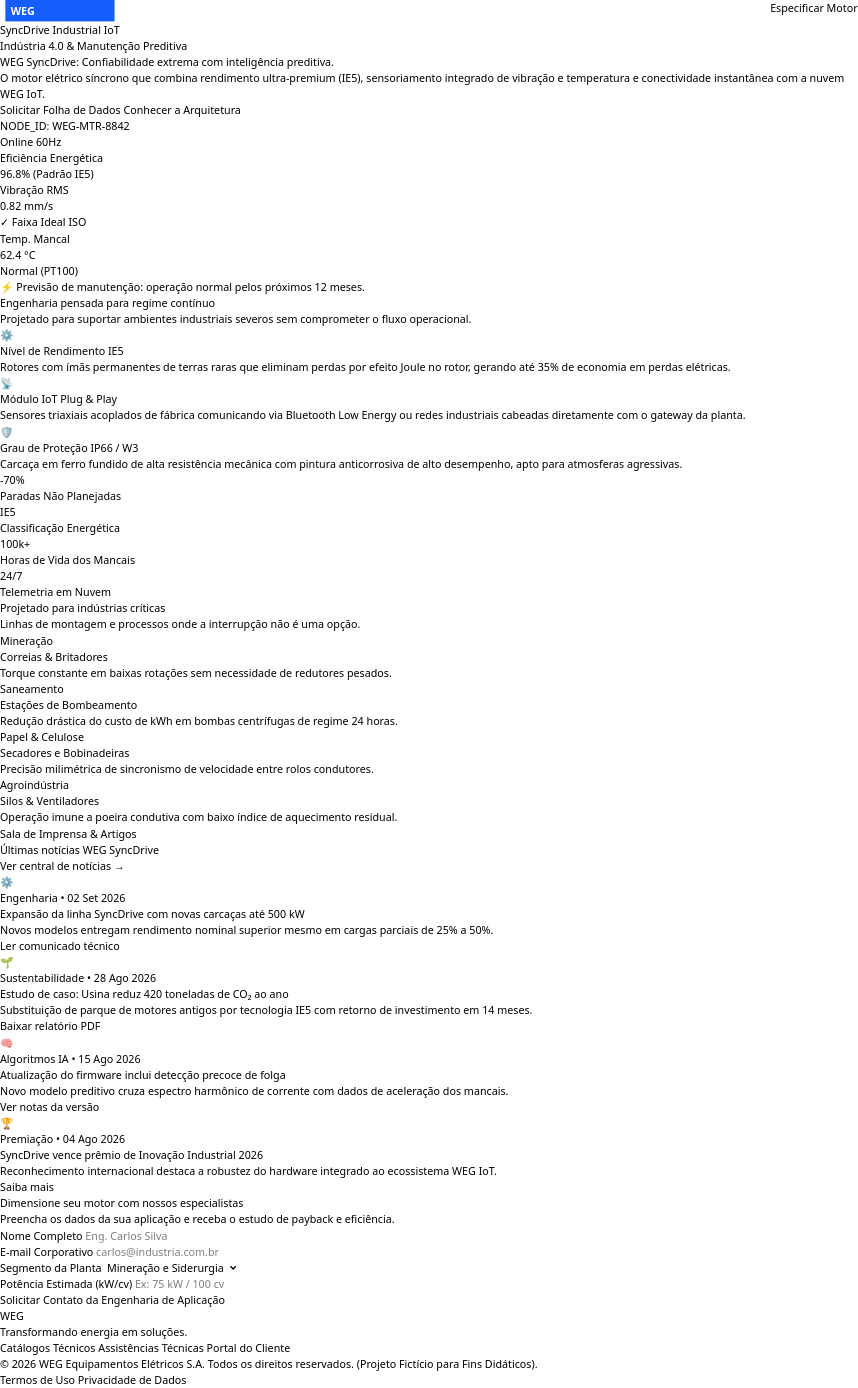
Repository: PatriciaHorst/tailwind-base
Page: index.html
These files come from the project's save history. The page is drawn as it stood at one moment and after the next save; the edit follows.
The browser window is 1280 px wide. The pictures show the whole page, at 67% of full size.

Above is the page before, as saved 2026-09-08 18:49:11.

### index.html
<!DOCTYPE html>
<html lang="pt-BR">
<head>
  <meta charset="UTF-8">
  <meta name="viewport" content="width=device-width, initial-scale=1.0">
  <title>WEG SyncDrive IoT - Exercício Tailwind CSS</title>
  <script src="https://cdn.jsdelivr.net/npm/@tailwindcss/browser@4"></script>
</head>
<body>

  <!-- ==========================================
       1. HEADER / NAVBAR
       Desafio:
       - Fixar no topo (sticky top-0) com fundo translúcido/blur.
       - Logo WEG em destaque com fundo azul industrial.
       - Menu oculto em telas pequenas e visível em lg:.
  =========================================== -->
  <header>
    <div class="flex flex-row justify-between">
      <div>
        <div class="bg-blue-600 font-black text-white px-2 py-1 mx-2 py-1">
          WEG
        </div>
        <div >
          <span>SyncDrive</span>
          <span>Industrial IoT</span>
        </div>
      </div>

      <nav class="hidden">
        <a href="#solucao">A Solução</a>
        <a href="#recursos">Tecnologia</a>
        <a href="#metricas">Performance</a>
        <a href="#aplicacoes">Aplicações</a>
        <a href="#novidades">Notícias</a>
      </nav>

      <div>
        <a class="hidden" href="#contato">Falar com Consultor</a>
        <a href="#contato">Especificar Motor</a>
      </div>
    </div>
  </header>

  <main>
    <!-- ==========================================
         2. HERO SECTION
         Desafio:
         - Layout em grid de 2 colunas no desktop (texto + painel de telemetria).
         - Centralizado no mobile, alinhado à esquerda em lg:.
         - Estilizar o card escuro de telemetria com badges e status.
    =========================================== -->
    <section id="solucao">
      <div>
        <div>

          <!-- Coluna 1: Conteúdo Textual -->
          <div>
            <span>Indústria 4.0 & Manutenção Preditiva</span>
            <h1>WEG SyncDrive: Confiabilidade extrema com inteligência preditiva.</h1>
            <p>
              O motor elétrico síncrono que combina rendimento ultra-premium (IE5), sensoriamento integrado de vibração e temperatura e conectividade instantânea com a nuvem WEG IoT.
            </p>
            <div>
              <a href="#contato">Solicitar Folha de Dados</a>
              <a href="#recursos">Conhecer a Arquitetura</a>
            </div>
          </div>

          <!-- Coluna 2: Card de Telemetria IoT -->
          <div>
            <div>
              <div>
                <span>NODE_ID: WEG-MTR-8842</span>
                <div>
                  <span></span>
                  <span>Online 60Hz</span>
                </div>
              </div>

              <div>
                <div>
                  <span>Eficiência Energética</span>
                  <div>96.8% <span>(Padrão IE5)</span></div>
                </div>

                <div>
                  <div>
                    <span>Vibração RMS</span>
                    <div>0.82 mm/s</div>
                    <span>✓ Faixa Ideal ISO</span>
                  </div>
                  <div>
                    <span>Temp. Mancal</span>
                    <div>62.4 °C</div>
                    <span>Normal (PT100)</span>
                  </div>
                </div>

                <div>
                  ⚡ Previsão de manutenção: operação normal pelos próximos 12 meses.
                </div>
              </div>
            </div>
          </div>

        </div>
      </div>
    </section>

    <!-- ==========================================
         3. RECURSOS / ESPECIFICAÇÕES TÉCNICAS
         Desafio:
         - Grid responsivo de 3 colunas (1 col mobile, 3 cols desktop).
         - Efeito hover nos cards com transição suave de borda ou sombra.
    =========================================== -->
    <section id="recursos">
      <div>
        <div>
          <h2>Engenharia pensada para regime contínuo</h2>
          <p>Projetado para suportar ambientes industriais severos sem comprometer o fluxo operacional.</p>
        </div>

        <div>
          <article>
            <div>⚙️</div>
            <h3>Nível de Rendimento IE5</h3>
            <p>Rotores com ímãs permanentes de terras raras que eliminam perdas por efeito Joule no rotor, gerando até 35% de economia em perdas elétricas.</p>
          </article>

          <article>
            <div>📡</div>
            <h3>Módulo IoT Plug & Play</h3>
            <p>Sensores triaxiais acoplados de fábrica comunicando via Bluetooth Low Energy ou redes industriais cabeadas diretamente com o gateway da planta.</p>
          </article>

          <article>
            <div>🛡️</div>
            <h3>Grau de Proteção IP66 / W3</h3>
            <p>Carcaça em ferro fundido de alta resistência mecânica com pintura anticorrosiva de alto desempenho, apto para atmosferas agressivas.</p>
          </article>
        </div>
      </div>
    </section>

    <!-- ==========================================
         4. MÉTRICAS / NÚMEROS INDUSTRIAIS
         Desafio:
         - Seção de alto contraste (fundo escuro slate-900).
         - Grid de 2 colunas no mobile e 4 colunas em telas maiores.
    =========================================== -->
    <section id="metricas">
      <div>
        <div>
          <div>
            <div>-70%</div>
            <div>Paradas Não Planejadas</div>
          </div>
          <div>
            <div>IE5</div>
            <div>Classificação Energética</div>
          </div>
          <div>
            <div>100k+</div>
            <div>Horas de Vida dos Mancais</div>
          </div>
          <div>
            <div>24/7</div>
            <div>Telemetria em Nuvem</div>
          </div>
        </div>
      </div>
    </section>

    <!-- ==========================================
         5. APLICAÇÕES INDUSTRIAIS
         Desafio:
         - Grid de 4 colunas adaptável (1 col mobile, 2 sm, 4 lg).
         - Uso de tags de categoria uppercase com tipografia reduzida.
    =========================================== -->
    <section id="aplicacoes">
      <div>
        <div>
          <h2>Projetado para indústrias críticas</h2>
          <p>Linhas de montagem e processos onde a interrupção não é uma opção.</p>
        </div>

        <div>
          <div>
            <span>Mineração</span>
            <h4>Correias & Britadores</h4>
            <p>Torque constante em baixas rotações sem necessidade de redutores pesados.</p>
          </div>

          <div>
            <span>Saneamento</span>
            <h4>Estações de Bombeamento</h4>
            <p>Redução drástica do custo de kWh em bombas centrífugas de regime 24 horas.</p>
          </div>

          <div>
            <span>Papel & Celulose</span>
            <h4>Secadores e Bobinadeiras</h4>
            <p>Precisão milimétrica de sincronismo de velocidade entre rolos condutores.</p>
          </div>

          <div>
            <span>Agroindústria</span>
            <h4>Silos & Ventiladores</h4>
            <p>Operação imune a poeira condutiva com baixo índice de aquecimento residual.</p>
          </div>
        </div>
      </div>
    </section>

    <!-- ==========================================
         6. NOVIDADES / NOTÍCIAS (4 ITENS)
         Desafio:
         - Cabeçalho com alinhamento justify-between.
         - 4 cards em grid: 1 col (mobile), 2 cols (md), 4 cols (lg).
         - Imagem/banner visual com gradiente em cada notícia.
         - Flexbox nos cards para fixar o link de leitura no rodapé.
    =========================================== -->
    <section id="novidades">
      <div>

        <div>
          <div>
            <span>Sala de Imprensa & Artigos</span>
            <h2>Últimas notícias WEG SyncDrive</h2>
          </div>
          <a href="#">Ver central de notícias →</a>
        </div>

        <div>
          <!-- Notícia 1 -->
          <article>
            <div>⚙️</div>
            <div>
              <div>
                <span>Engenharia</span>
                <span>•</span>
                <time>02 Set 2026</time>
              </div>
              <h3>
                <a href="#">Expansão da linha SyncDrive com novas carcaças até 500 kW</a>
              </h3>
              <p>Novos modelos entregam rendimento nominal superior mesmo em cargas parciais de 25% a 50%.</p>
              <a href="#">Ler comunicado técnico</a>
            </div>
          </article>

          <!-- Notícia 2 -->
          <article>
            <div>🌱</div>
            <div>
              <div>
                <span>Sustentabilidade</span>
                <span>•</span>
                <time>28 Ago 2026</time>
              </div>
              <h3>
                <a href="#">Estudo de caso: Usina reduz 420 toneladas de CO₂ ao ano</a>
              </h3>
              <p>Substituição de parque de motores antigos por tecnologia IE5 com retorno de investimento em 14 meses.</p>
              <a href="#">Baixar relatório PDF</a>
            </div>
          </article>

          <!-- Notícia 3 -->
          <article>
            <div>🧠</div>
            <div>
              <div>
                <span>Algoritmos IA</span>
                <span>•</span>
                <time>15 Ago 2026</time>
              </div>
              <h3>
                <a href="#">Atualização do firmware inclui detecção precoce de folga</a>
              </h3>
              <p>Novo modelo preditivo cruza espectro harmônico de corrente com dados de aceleração dos mancais.</p>
              <a href="#">Ver notas da versão</a>
            </div>
          </article>

          <!-- Notícia 4 -->
          <article>
            <div>🏆</div>
            <div>
              <div>
                <span>Premiação</span>
                <span>•</span>
                <time>04 Ago 2026</time>
              </div>
              <h3>
                <a href="#">SyncDrive vence prêmio de Inovação Industrial 2026</a>
              </h3>
              <p>Reconhecimento internacional destaca a robustez do hardware integrado ao ecossistema WEG IoT.</p>
              <a href="#">Saiba mais</a>
            </div>
          </article>
        </div>

      </div>
    </section>

    <!-- ==========================================
         7. FORMULÁRIO DE CONTATO / DIMENSIONAMENTO
         Desafio:
         - Inputs estilizados com focus rings.
         - Grid de formulário com campos em 2 colunas no desktop.
    =========================================== -->
    <section id="contato">
      <div>
        <div>
          <h2>Dimensione seu motor com nossos especialistas</h2>
          <p>Preencha os dados da sua aplicação e receba o estudo de payback e eficiência.</p>
        </div>

        <form>
          <div>
            <div>
              <label>Nome Completo</label>
              <input type="text" placeholder="Eng. Carlos Silva">
            </div>
            <div>
              <label>E-mail Corporativo</label>
              <input type="email" placeholder="carlos@industria.com.br">
            </div>
          </div>

          <div>
            <div>
              <label>Segmento da Planta</label>
              <select>
                <option>Mineração e Siderurgia</option>
                <option>Papel e Celulose</option>
                <option>Saneamento e Água</option>
                <option>Química e Petroquímica</option>
                <option>Alimentos e Bebidas</option>
              </select>
            </div>
            <div>
              <label>Potência Estimada (kW/cv)</label>
              <input type="text" placeholder="Ex: 75 kW / 100 cv">
            </div>
          </div>

          <button type="submit">Solicitar Contato da Engenharia de Aplicação</button>
        </form>
      </div>
    </section>
  </main>

  <!-- ==========================================
       8. RODAPÉ / FOOTER
       Desafio:
       - Layout corporativo com tipografia sutil.
       - Disposição em flexbox responsivo (colunas empilhadas no mobile, linha no desktop).
  =========================================== -->
  <footer>
    <div>
      <div>
        <div>
          <div>WEG</div>
          <span>Transformando energia em soluções.</span>
        </div>
        <div>
          <a href="#">Catálogos Técnicos</a>
          <a href="#">Assistências Técnicas</a>
          <a href="#">Portal do Cliente</a>
        </div>
      </div>
      <div>
        <p>© 2026 WEG Equipamentos Elétricos S.A. Todos os direitos reservados. (Projeto Fictício para Fins Didáticos).</p>
        <div>
          <a href="#">Termos de Uso</a>
          <a href="#">Privacidade de Dados</a>
        </div>
      </div>
    </div>
  </footer>

</body>
</html>

After the next save:
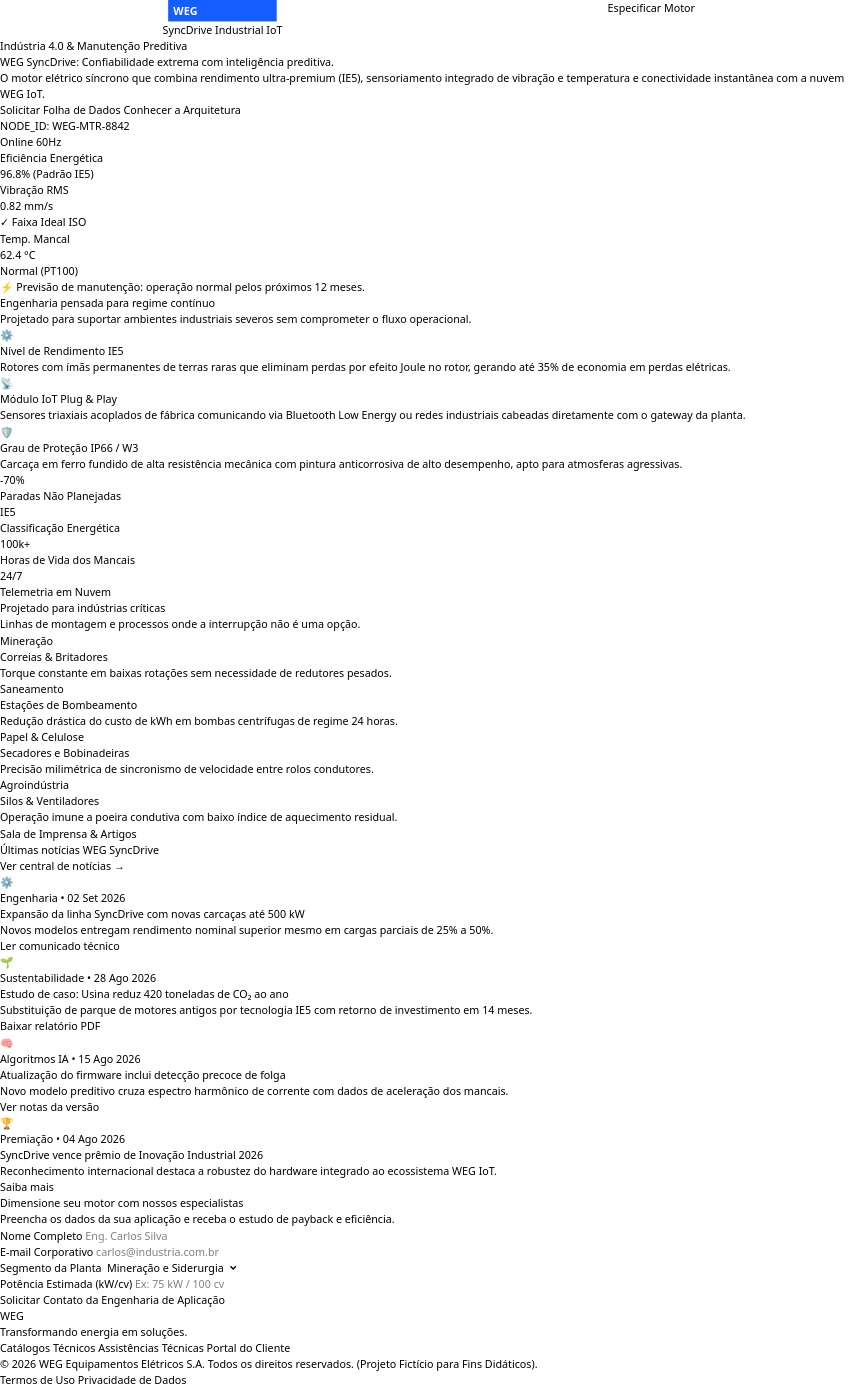
Saved 7 s later.
--- a/index.html
+++ b/index.html
@@ -16,7 +16,7 @@
        - Menu oculto em telas pequenas e visível em lg:.
   =========================================== -->
   <header>
-    <div class="flex flex-row justify-between">
+    <div class="flex flex-row justify-around">
       <div>
         <div class="bg-blue-600 font-black text-white px-2 py-1 mx-2 py-1">
           WEG

After the save that followed:
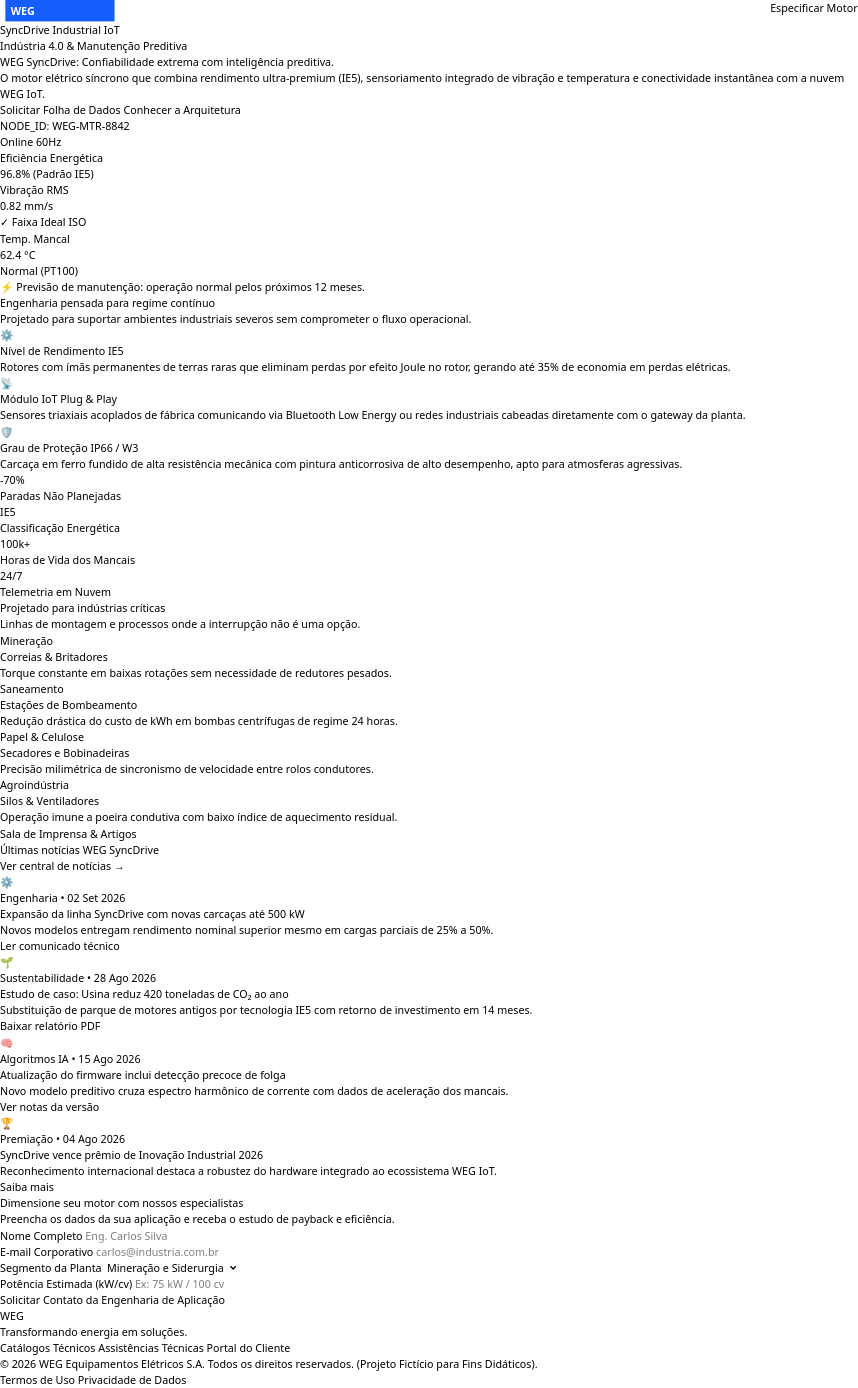
Saved 5 s later.
--- a/index.html
+++ b/index.html
@@ -16,7 +16,7 @@
        - Menu oculto em telas pequenas e visível em lg:.
   =========================================== -->
   <header>
-    <div class="flex flex-row justify-around">
+    <div class="flex flex-row justify-between">
       <div>
         <div class="bg-blue-600 font-black text-white px-2 py-1 mx-2 py-1">
           WEG
